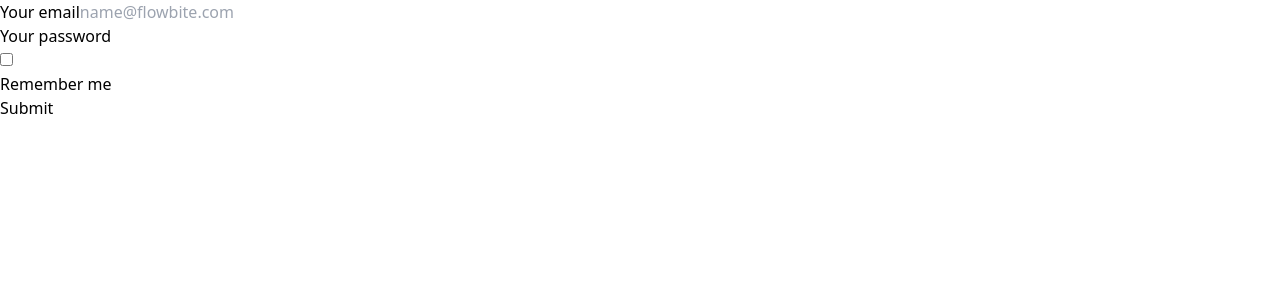
Repository: AbdalrahmanEldeep/FIBOTIC
Page: /
The author's editor kept a copy of each file at every save. The page is drawn from the files as they stood at one save, then again after the next save.
The browser window is 1280 px wide. The pictures show the whole page.
The project was rebuilt for these pictures with package versions that can differ from the ones it lists, and the page was loaded fresh each time. Also part of the build but not shown: vite.config.js, src/pages/protecter.jsx, src/pages/exame.jsx.

Above is the page before, as saved 2023-01-06 22:14:15.

After the next save:
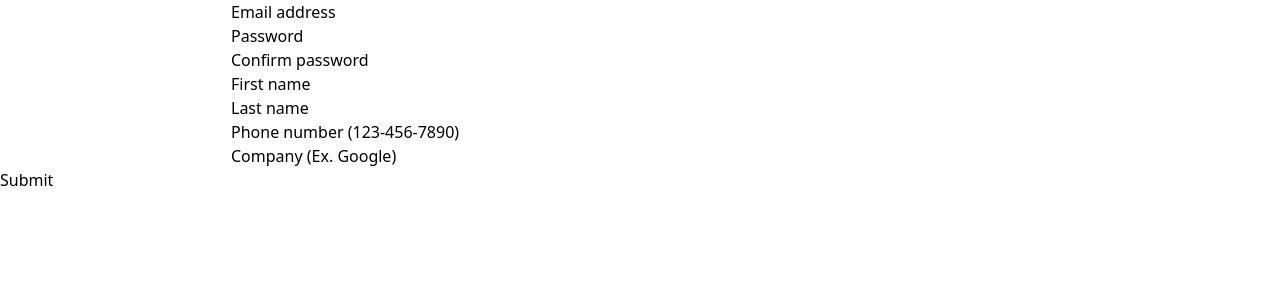
Saved 3 min 31 s later.
--- a/src/components/Form.jsx
+++ b/src/components/Form.jsx
@@ -4,19 +4,37 @@ export const Form = () => {
   return (
 
 <form>
-  <div class="mb-6">
-    <label for="email" class="block mb-2 text-sm font-medium text-gray-900 dark:text-white">Your email</label>
-    <input type="email" id="email" class="bg-gray-50 border border-gray-300 text-gray-900 text-sm rounded-lg focus:ring-blue-500 focus:border-blue-500 block w-full p-2.5 dark:bg-gray-700 dark:border-gray-600 dark:placeholder-gray-400 dark:text-white dark:focus:ring-blue-500 dark:focus:border-blue-500" placeholder="name@flowbite.com" required/>
+  <div class="relative z-0 w-full mb-6 group">
+      <input type="email" name="floating_email" id="floating_email" class="block py-2.5 px-0 w-full text-sm text-gray-900 bg-transparent border-0 border-b-2 border-gray-300 appearance-none dark:text-white dark:border-gray-600 dark:focus:border-blue-500 focus:outline-none focus:ring-0 focus:border-blue-600 peer" placeholder=" " required />
+      <label for="floating_email" class="peer-focus:font-medium absolute text-sm text-gray-500 dark:text-gray-400 duration-300 transform -translate-y-6 scale-75 top-3 -z-10 origin-[0] peer-focus:left-0 peer-focus:text-blue-600 peer-focus:dark:text-blue-500 peer-placeholder-shown:scale-100 peer-placeholder-shown:translate-y-0 peer-focus:scale-75 peer-focus:-translate-y-6">Email address</label>
   </div>
-  <div class="mb-6">
-    <label for="password" class="block mb-2 text-sm font-medium text-gray-900 dark:text-white">Your password</label>
-    <input type="password" id="password" class="bg-gray-50 border border-gray-300 text-gray-900 text-sm rounded-lg focus:ring-blue-500 focus:border-blue-500 block w-full p-2.5 dark:bg-gray-700 dark:border-gray-600 dark:placeholder-gray-400 dark:text-white dark:focus:ring-blue-500 dark:focus:border-blue-500" required/>
+  <div class="relative z-0 w-full mb-6 group">
+      <input type="password" name="floating_password" id="floating_password" class="block py-2.5 px-0 w-full text-sm text-gray-900 bg-transparent border-0 border-b-2 border-gray-300 appearance-none dark:text-white dark:border-gray-600 dark:focus:border-blue-500 focus:outline-none focus:ring-0 focus:border-blue-600 peer" placeholder=" " required />
+      <label for="floating_password" class="peer-focus:font-medium absolute text-sm text-gray-500 dark:text-gray-400 duration-300 transform -translate-y-6 scale-75 top-3 -z-10 origin-[0] peer-focus:left-0 peer-focus:text-blue-600 peer-focus:dark:text-blue-500 peer-placeholder-shown:scale-100 peer-placeholder-shown:translate-y-0 peer-focus:scale-75 peer-focus:-translate-y-6">Password</label>
   </div>
-  <div class="flex items-start mb-6">
-    <div class="flex items-center h-5">
-      <input id="remember" type="checkbox" value="" class="w-4 h-4 border border-gray-300 rounded bg-gray-50 focus:ring-3 focus:ring-blue-300 dark:bg-gray-700 dark:border-gray-600 dark:focus:ring-blue-600 dark:ring-offset-gray-800" required/>
+  <div class="relative z-0 w-full mb-6 group">
+      <input type="password" name="repeat_password" id="floating_repeat_password" class="block py-2.5 px-0 w-full text-sm text-gray-900 bg-transparent border-0 border-b-2 border-gray-300 appearance-none dark:text-white dark:border-gray-600 dark:focus:border-blue-500 focus:outline-none focus:ring-0 focus:border-blue-600 peer" placeholder=" " required />
+      <label for="floating_repeat_password" class="peer-focus:font-medium absolute text-sm text-gray-500 dark:text-gray-400 duration-300 transform -translate-y-6 scale-75 top-3 -z-10 origin-[0] peer-focus:left-0 peer-focus:text-blue-600 peer-focus:dark:text-blue-500 peer-placeholder-shown:scale-100 peer-placeholder-shown:translate-y-0 peer-focus:scale-75 peer-focus:-translate-y-6">Confirm password</label>
+  </div>
+  <div class="grid md:grid-cols-2 md:gap-6">
+    <div class="relative z-0 w-full mb-6 group">
+        <input type="text" name="floating_first_name" id="floating_first_name" class="block py-2.5 px-0 w-full text-sm text-gray-900 bg-transparent border-0 border-b-2 border-gray-300 appearance-none dark:text-white dark:border-gray-600 dark:focus:border-blue-500 focus:outline-none focus:ring-0 focus:border-blue-600 peer" placeholder=" " required />
+        <label for="floating_first_name" class="peer-focus:font-medium absolute text-sm text-gray-500 dark:text-gray-400 duration-300 transform -translate-y-6 scale-75 top-3 -z-10 origin-[0] peer-focus:left-0 peer-focus:text-blue-600 peer-focus:dark:text-blue-500 peer-placeholder-shown:scale-100 peer-placeholder-shown:translate-y-0 peer-focus:scale-75 peer-focus:-translate-y-6">First name</label>
     </div>
-    <label for="remember" class="ml-2 text-sm font-medium text-gray-900 dark:text-gray-300">Remember me</label>
+    <div class="relative z-0 w-full mb-6 group">
+        <input type="text" name="floating_last_name" id="floating_last_name" class="block py-2.5 px-0 w-full text-sm text-gray-900 bg-transparent border-0 border-b-2 border-gray-300 appearance-none dark:text-white dark:border-gray-600 dark:focus:border-blue-500 focus:outline-none focus:ring-0 focus:border-blue-600 peer" placeholder=" " required />
+        <label for="floating_last_name" class="peer-focus:font-medium absolute text-sm text-gray-500 dark:text-gray-400 duration-300 transform -translate-y-6 scale-75 top-3 -z-10 origin-[0] peer-focus:left-0 peer-focus:text-blue-600 peer-focus:dark:text-blue-500 peer-placeholder-shown:scale-100 peer-placeholder-shown:translate-y-0 peer-focus:scale-75 peer-focus:-translate-y-6">Last name</label>
+    </div>
+  </div>
+  <div class="grid md:grid-cols-2 md:gap-6">
+    <div class="relative z-0 w-full mb-6 group">
+        <input type="tel" pattern="[0-9]{3}-[0-9]{3}-[0-9]{4}" name="floating_phone" id="floating_phone" class="block py-2.5 px-0 w-full text-sm text-gray-900 bg-transparent border-0 border-b-2 border-gray-300 appearance-none dark:text-white dark:border-gray-600 dark:focus:border-blue-500 focus:outline-none focus:ring-0 focus:border-blue-600 peer" placeholder=" " required />
+        <label for="floating_phone" class="peer-focus:font-medium absolute text-sm text-gray-500 dark:text-gray-400 duration-300 transform -translate-y-6 scale-75 top-3 -z-10 origin-[0] peer-focus:left-0 peer-focus:text-blue-600 peer-focus:dark:text-blue-500 peer-placeholder-shown:scale-100 peer-placeholder-shown:translate-y-0 peer-focus:scale-75 peer-focus:-translate-y-6">Phone number (123-456-7890)</label>
+    </div>
+    <div class="relative z-0 w-full mb-6 group">
+        <input type="text" name="floating_company" id="floating_company" class="block py-2.5 px-0 w-full text-sm text-gray-900 bg-transparent border-0 border-b-2 border-gray-300 appearance-none dark:text-white dark:border-gray-600 dark:focus:border-blue-500 focus:outline-none focus:ring-0 focus:border-blue-600 peer" placeholder=" " required />
+        <label for="floating_company" class="peer-focus:font-medium absolute text-sm text-gray-500 dark:text-gray-400 duration-300 transform -translate-y-6 scale-75 top-3 -z-10 origin-[0] peer-focus:left-0 peer-focus:text-blue-600 peer-focus:dark:text-blue-500 peer-placeholder-shown:scale-100 peer-placeholder-shown:translate-y-0 peer-focus:scale-75 peer-focus:-translate-y-6">Company (Ex. Google)</label>
+    </div>
   </div>
   <button type="submit" class="text-white bg-blue-700 hover:bg-blue-800 focus:ring-4 focus:outline-none focus:ring-blue-300 font-medium rounded-lg text-sm w-full sm:w-auto px-5 py-2.5 text-center dark:bg-blue-600 dark:hover:bg-blue-700 dark:focus:ring-blue-800">Submit</button>
 </form>
